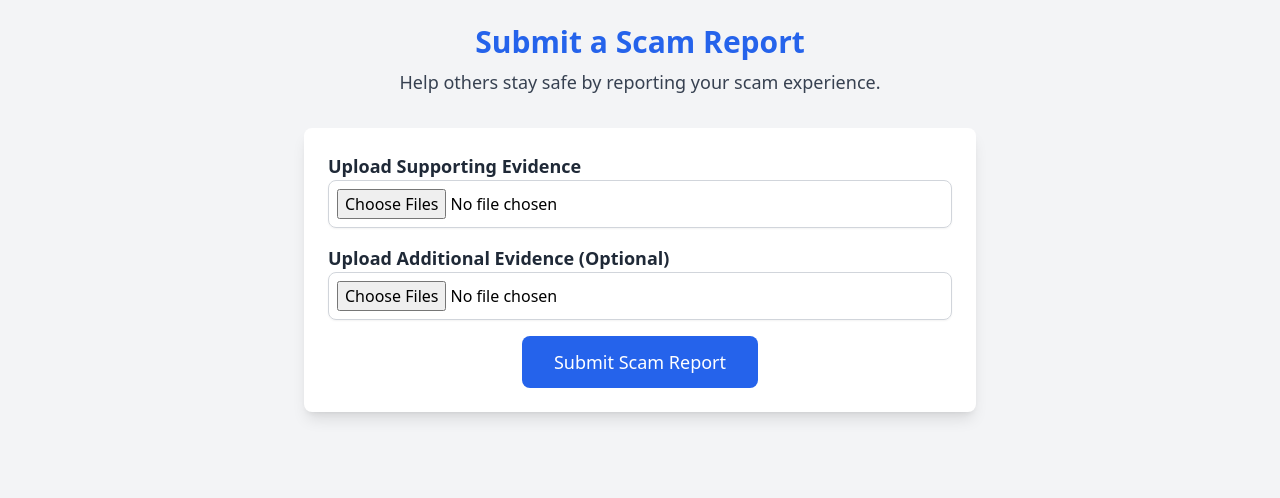
Repository: dev-athar/protarok
Page: /submit-scam
An editor plug-in stored every save of this project. The page is shown before and after the next save, followed by the edit.
The browser window is 1280 px wide. The pictures show the whole page.
The project was rebuilt for these pictures with package versions that can differ from the ones it lists, and the page was loaded fresh each time. Also part of the build but not shown: vite.config.ts, src/pages/HomePage.tsx, src/pages/SearchResultsPage.tsx.

Above is the page before, as saved 2024-12-31 14:21:51.

### src/main.tsx
import { StrictMode } from "react";
import { createRoot } from "react-dom/client";
import "./index.css";
// import "./styles.css";
import App from "./App.tsx";

createRoot(document.getElementById("root")!).render(
  <StrictMode>
    <App />
  </StrictMode>
);

### src/App.tsx
// src/App.js
import { BrowserRouter as Router, Routes, Route } from "react-router-dom";
import HomePage from "./pages/HomePage";
import SearchResultsPage from "./pages/SearchResultsPage";
import SubmitScamPage from "./pages/SubmitScamPage";

function App() {
  return (
    <Router>
      <Routes>
        <Route path="/" element={<HomePage />} />
        <Route path="/search" element={<SearchResultsPage />} />
        <Route path="/submit-scam" element={<SubmitScamPage />} />
      </Routes>
    </Router>
  );
}

export default App;

### src/pages/SubmitScamPage.tsx
// import { useState } from "react";
// // Import the Supabase client
// import { supabase } from "../supabase"; // Ensure you have a supabase.js file exporting the initialized client

// const SubmitScamPage = () => {
//   const [formData, setFormData] = useState({
//     scamProfileName: "",
//     platform: "",
//     scamContactInfo: "",
//     dateOfScam: "",
//     description: "",
//     proof: [],
//     paymentMethod: "",
//     additionalEvidence: [],
//     victimContactInfo: "",
//     bankDetails: "",
//     paymentPlatform: "",
//     scamProfileUrl: "",
//     reportStatus: "",
//   });

//   const [isSubmitted, setIsSubmitted] = useState(false);

//   const handleChange = (e) => {
//     const { name, value } = e.target;
//     setFormData((prev) => ({
//       ...prev,
//       [name]: value,
//     }));
//   };

//   const handleFileChange = (e) => {
//     const { name, files } = e.target;
//     setFormData((prev) => ({
//       ...prev,
//       [name]: files[0],
//     }));
//   };

//   // Upload file to Supabase Storage
//   const uploadFileToSupabase = async (file, folder) => {
//     if (!file) {
//       // console.error("No file provided for upload.");
//       return null;
//     }

//     const filePath = `${folder}/${Date.now()}-${file.name}`;
//     // console.log(`Uploading file: ${filePath}`); // Log file path for debugging

//     // Upload file to Supabase Storage
//     const { data, error } = await supabase.storage
//       .from("uploads") // Ensure the bucket name matches
//       .upload(filePath, file);

//     if (error) {
//       console.error("File upload error:", error.message);
//       return null;
//     }
//     // console.log("Upload response:", data);

//     // Generate the public URL
//     const { data: publicData, error: publicError } = supabase.storage
//       .from("uploads")
//       .getPublicUrl(filePath);

//     if (publicError) {
//       console.error("Error generating public URL:", publicError.message);
//       return null;
//     }

//     // console.log(`Public URL generated: ${publicData.publicUrl}`);
//     return publicData.publicUrl;
//   };

//   const handleSubmit = async (e) => {
//     e.preventDefault();

//     try {
//       // Ensure URL has a proper scheme
//       const normalizedUrl = formData.scamProfileUrl.trim()
//         ? formData.scamProfileUrl.trim().startsWith("http")
//           ? formData.scamProfileUrl.trim()
//           : `https://${formData.scamProfileUrl.trim()}`
//         : "";

//       // Proceed with the updated URL in the form data
//       const formDataWithUrl = {
//         ...formData,
//         scamProfileUrl: normalizedUrl,
//       };

//       // Upload files to Supabase Storage
//       const proofUrl = await uploadFileToSupabase(formData.proof, "proofs");
//       const additionalEvidenceUrl = await uploadFileToSupabase(
//         formData.additionalEvidence,
//         "additionalEvidence"
//       );

//       // Insert data into Supabase database
//       const { error } = await supabase.from("scamReports").insert([
//         {
//           ...formDataWithUrl,
//           proof: proofUrl || null,
//           additionalEvidence: additionalEvidenceUrl || null,
//           submittedAt: new Date(), // Add timestamp
//         },
//       ]);

//       if (error) {
//         throw new Error(error.message);
//       }

//       // Reset form and show confirmation message
//       setFormData({
//         scamProfileName: "",
//         platform: "",
//         scamContactInfo: "",
//         dateOfScam: "",
//         description: "",
//         proof: null,
//         paymentMethod: "",
//         additionalEvidence: null,
//         victimContactInfo: "",
//         bankDetails: "",
//         paymentPlatform: "",
//         scamProfileUrl: "",
//         reportStatus: "",
//       });
//       setIsSubmitted(true);

//       // Hide confirmation message after a timeout
//       setTimeout(() => setIsSubmitted(false), 5000);
//     } catch (error) {
//       console.error("Error submitting form:", error);
//       alert(
//         "An error occurred while submitting your report. Please try again."
//       );
//     }
//   };

//   return (
//     <div className="min-h-screen bg-gray-100 p-6">
//       <header className="text-center mb-8">
//         <h1 className="text-3xl font-bold text-blue-600">
//           Submit a Scam Report
//         </h1>
//         <p className="text-lg text-gray-700 mt-2">
//           Help others stay safe by reporting your scam experience.
//         </p>
//       </header>

//       <div className="max-w-2xl mx-auto bg-white p-6 rounded-lg shadow-lg">
//         {isSubmitted && (
//           <div className="mb-4 p-4 text-green-700 bg-green-100 rounded-lg">
//             Thank you! Your report has been submitted and is pending admin
//             approval.
//           </div>
//         )}

//         <form onSubmit={handleSubmit}>
//           {/* Scam Profile Name */}
//           <div className="mb-4">
//             <label
//               htmlFor="scamProfileName"
//               className="block text-lg font-semibold text-gray-800"
//             >
//               Scammer’s Profile Name or Business Name
//             </label>
//             <input
//               type="text"
//               id="scamProfileName"
//               name="scamProfileName"
//               value={formData.scamProfileName}
//               onChange={handleChange}
//               className="w-full p-3 border border-gray-300 rounded-lg shadow-sm focus:outline-none focus:ring-2 focus:ring-blue-500"
//               placeholder="Enter profile or business name"
//               required
//             />
//           </div>

//           {/* Platform Used */}
//           <div className="mb-4">
//             <label
//               htmlFor="platform"
//               className="block text-lg font-semibold text-gray-800"
//             >
//               Platform Used
//             </label>
//             <select
//               id="platform"
//               name="platform"
//               value={formData.platform}
//               onChange={handleChange}
//               className="w-full p-3 border border-gray-300 rounded-lg shadow-sm focus:outline-none focus:ring-2 focus:ring-blue-500"
//               required
//             >
//               <option value="">Select Platform</option>
//               <option value="Facebook">Facebook</option>
//               <option value="Website">Website</option>
//               <option value="Phone">Phone</option>
//               <option value="Other">Other</option>
//             </select>
//           </div>

//           {/* Scammer’s Bank Details */}
//           <div className="mb-4">
//             <label
//               htmlFor="bankDetails"
//               className="block text-lg font-semibold text-gray-800"
//             >
//               Scammer’s Bank Details
//             </label>
//             <input
//               type="text"
//               id="bankDetails"
//               name="bankDetails"
//               value={formData.bankDetails}
//               onChange={handleChange}
//               className="w-full p-3 border border-gray-300 rounded-lg shadow-sm focus:outline-none focus:ring-2 focus:ring-blue-500"
//               placeholder="e.g., bKash/Nagad account or bank details"
//               required
//             />
//           </div>

//           {/* Payment Platform */}
//           <div className="mb-4">
//             <label
//               htmlFor="paymentPlatform"
//               className="block text-lg font-semibold text-gray-800"
//             >
//               Payment Platform Used
//             </label>
//             <input
//               type="text"
//               id="paymentPlatform"
//               name="paymentPlatform"
//               value={formData.paymentPlatform}
//               onChange={handleChange}
//               className="w-full p-3 border border-gray-300 rounded-lg shadow-sm focus:outline-none focus:ring-2 focus:ring-blue-500"
//               placeholder="e.g., bKash, Nagad, etc."
//             />
//           </div>

//           {/* Date and Time of Scam */}
//           <div className="mb-4">
//             <label
//               htmlFor="dateOfScam"
//               className="block text-lg font-semibold text-gray-800"
//             >
//               Date and Time of Scam
//             </label>
//             <input
//               type="datetime-local"
//               id="dateOfScam"
//               name="dateOfScam"
//               value={formData.dateOfScam}
//               onChange={handleChange}
//               className="w-full p-3 border border-gray-300 rounded-lg shadow-sm focus:outline-none focus:ring-2 focus:ring-blue-500"
//               required
//             />
//           </div>

//           {/* Description */}
//           <div className="mb-4">
//             <label
//               htmlFor="description"
//               className="block text-lg font-semibold text-gray-800"
//             >
//               Summary of the Incident
//             </label>
//             <textarea
//               id="description"
//               name="description"
//               value={formData.description}
//               onChange={handleChange}
//               className="w-full p-3 border border-gray-300 rounded-lg shadow-sm focus:outline-none focus:ring-2 focus:ring-blue-500"
//               rows="5"
//               placeholder="Describe the scam in detail"
//               required
//             ></textarea>
//           </div>

//           {/* Supporting Evidence */}
//           <div className="mb-4">
//             <label
//               htmlFor="proof"
//               className="block text-lg font-semibold text-gray-800"
//             >
//               Upload Supporting Evidence
//             </label>
//             <input
//               type="file"
//               id="proof"
//               name="proof"
//               accept="image/*,.pdf"
//               onChange={handleFileChange}
//               className="w-full p-2 border border-gray-300 rounded-lg shadow-sm focus:outline-none focus:ring-2 focus:ring-blue-500"
//               required
//             />
//           </div>

//           {/* Additional Evidence */}
//           <div className="mb-4">
//             <label
//               htmlFor="additionalEvidence"
//               className="block text-lg font-semibold text-gray-800"
//             >
//               Upload Additional Evidence (Optional)
//             </label>
//             <input
//               type="file"
//               id="additionalEvidence"
//               name="additionalEvidence"
//               accept="image/*,.pdf"
//               onChange={handleFileChange}
//               className="w-full p-2 border border-gray-300 rounded-lg shadow-sm focus:outline-none focus:ring-2 focus:ring-blue-500"
//             />
//           </div>

//           {/* Victim Contact Info */}
//           <div className="mb-4">
//             <label
//               htmlFor="victimContactInfo"
//               className="block text-lg font-semibold text-gray-800"
//             >
//               Your Contact Info (Optional)
//             </label>
//             <input
//               type="text"
//               id="victimContactInfo"
//               name="victimContactInfo"
//               value={formData.victimContactInfo}
//               onChange={handleChange}
//               className="w-full p-3 border border-gray-300 rounded-lg shadow-sm focus:outline-none focus:ring-2 focus:ring-blue-500"
//               placeholder="Email or phone (optional)"
//             />
//           </div>

//           {/* Scammer Profile URL */}
//           <div className="mb-4">
//             <label
//               htmlFor="scamProfileUrl"
//               className="block text-lg font-semibold text-gray-800"
//             >
//               Scammer’s Profile URL (Optional)
//             </label>
//             <input
//               type="text"
//               id="scamProfileUrl"
//               name="scamProfileUrl"
//               value={formData.scamProfileUrl}
//               onChange={handleChange}
//               className="w-full p-3 border border-gray-300 rounded-lg shadow-sm focus:outline-none focus:ring-2 focus:ring-blue-500"
//               placeholder="Enter scammer's profile URL (Optional)"
//             />
//           </div>

//           {/* Report Status */}
//           <div className="mb-4">
//             <label
//               htmlFor="reportStatus"
//               className="block text-lg font-semibold text-gray-800"
//             >
//               Report Status (Optional)
//             </label>
//             <input
//               type="text"
//               id="reportStatus"
//               name="reportStatus"
//               value={formData.reportStatus}
//               onChange={handleChange}
//               className="w-full p-3 border border-gray-300 rounded-lg shadow-sm focus:outline-none focus:ring-2 focus:ring-blue-500"
//               placeholder="Status of report, like Information about complaints made to authorities"
//             />
//           </div>

//           {/* Submit Button */}
//           <div className="text-center">
//             <button
//               type="submit"
//               className="bg-blue-600 text-white py-3 px-8 rounded-lg text-lg hover:bg-blue-700 transition duration-300"
//             >
//               Submit Scam Report
//             </button>
//           </div>
//         </form>
//       </div>
//     </div>
//   );
// };

// export default SubmitScamPage;

import { useState } from "react";
import { supabase } from "../supabase"; // Ensure you have a supabase.js file exporting the initialized client

const SubmitScamPage = () => {
  const [formData, setFormData] = useState({
    scamProfileName: "",
    platform: "",
    scamContactInfo: "",
    dateOfScam: "",
    description: "",
    proof: [],
    paymentMethod: "",
    additionalEvidence: [],
    victimContactInfo: "",
    bankDetails: "",
    paymentPlatform: "",
    scamProfileUrl: "",
    reportStatus: "",
  });

  const [isSubmitted, setIsSubmitted] = useState(false);

  const handleChange = (e) => {
    const { name, value } = e.target;
    setFormData((prev) => ({
      ...prev,
      [name]: value,
    }));
  };

  const handleFileChange = (e) => {
    const { name, files } = e.target;
    setFormData((prev) => ({
      ...prev,
      [name]: Array.from(files),
    }));
  };

  // Upload multiple files to Supabase Storage
  const uploadFilesToSupabase = async (files, folder) => {
    if (!files || files.length === 0) {
      return [];
    }

    const uploadPromises = files.map(async (file) => {
      const filePath = `${folder}/${Date.now()}-${file.name}`;
      const { data, error } = await supabase.storage
        .from("uploads") // Ensure the bucket name matches
        .upload(filePath, file);

      if (error) {
        console.error("File upload error:", error.message);
        return null;
      }

      const { data: publicData, error: publicError } = supabase.storage
        .from("uploads")
        .getPublicUrl(filePath);

      if (publicError) {
        console.error("Error generating public URL:", publicError.message);
        return null;
      }

      return publicData.publicUrl;
    });

    return Promise.all(uploadPromises);
  };

  const handleSubmit = async (e) => {
    e.preventDefault();

    try {
      const normalizedUrl = formData.scamProfileUrl.trim()
        ? formData.scamProfileUrl.trim().startsWith("http")
          ? formData.scamProfileUrl.trim()
          : `https://${formData.scamProfileUrl.trim()}`
        : "";

      const formDataWithUrl = {
        ...formData,
        scamProfileUrl: normalizedUrl,
      };

      // Upload files to Supabase Storage
      const proofUrls = await uploadFilesToSupabase(formData.proof, "proofs");
      const additionalEvidenceUrls = await uploadFilesToSupabase(
        formData.additionalEvidence,
        "additionalEvidence"
      );

      // Insert data into Supabase database
      const { error } = await supabase.from("scamReports").insert([
        {
          ...formDataWithUrl,
          proof: proofUrls.length > 0 ? proofUrls : null,
          additionalEvidence:
            additionalEvidenceUrls.length > 0 ? additionalEvidenceUrls : null,
          submittedAt: new Date(),
        },
      ]);

      if (error) {
        throw new Error(error.message);
      }

      setFormData({
        scamProfileName: "",
        platform: "",
        scamContactInfo: "",
        dateOfScam: "",
        description: "",
        proof: [],
        paymentMethod: "",
        additionalEvidence: [],
        victimContactInfo: "",
        bankDetails: "",
        paymentPlatform: "",
        scamProfileUrl: "",
        reportStatus: "",
      });
      setIsSubmitted(true);
      setTimeout(() => setIsSubmitted(false), 5000);
    } catch (error) {
      console.error("Error submitting form:", error);
      alert(
        "An error occurred while submitting your report. Please try again."
      );
    }
  };

  return (
    <div className="min-h-screen bg-gray-100 p-6">
      <header className="text-center mb-8">
        <h1 className="text-3xl font-bold text-blue-600">
          Submit a Scam Report
        </h1>
        <p className="text-lg text-gray-700 mt-2">
          Help others stay safe by reporting your scam experience.
        </p>
      </header>

      <div className="max-w-2xl mx-auto bg-white p-6 rounded-lg shadow-lg">
        {isSubmitted && (
          <div className="mb-4 p-4 text-green-700 bg-green-100 rounded-lg">
            Thank you! Your report has been submitted and is pending admin
            approval.
          </div>
        )}

        <form onSubmit={handleSubmit}>
          {/* Other form fields */}

          {/* Supporting Evidence */}
          <div className="mb-4">
            <label
              htmlFor="proof"
              className="block text-lg font-semibold text-gray-800"
            >
              Upload Supporting Evidence
            </label>
            <input
              type="file"
              id="proof"
              name="proof"
              accept="image/*,.pdf"
              multiple
              onChange={handleFileChange}
              className="w-full p-2 border border-gray-300 rounded-lg shadow-sm focus:outline-none focus:ring-2 focus:ring-blue-500"
              required
            />
          </div>

          {/* Additional Evidence */}
          <div className="mb-4">
            <label
              htmlFor="additionalEvidence"
              className="block text-lg font-semibold text-gray-800"
            >
              Upload Additional Evidence (Optional)
            </label>
            <input
              type="file"
              id="additionalEvidence"
              name="additionalEvidence"
              accept="image/*,.pdf"
              multiple
              onChange={handleFileChange}
              className="w-full p-2 border border-gray-300 rounded-lg shadow-sm focus:outline-none focus:ring-2 focus:ring-blue-500"
            />
          </div>

          <div className="text-center">
            <button
              type="submit"
              className="bg-blue-600 text-white py-3 px-8 rounded-lg text-lg hover:bg-blue-700 transition duration-300"
            >
              Submit Scam Report
            </button>
          </div>
        </form>
      </div>
    </div>
  );
};

export default SubmitScamPage;

### src/supabase.js
// src/supabase.js
import { createClient } from "@supabase/supabase-js";

// Replace with your Supabase project details
const SUPABASE_URL = "https://sifneaujnvssmmholqep.supabase.co";
const SUPABASE_ANON_KEY =
  "eyJhbGciOiJIUzI1NiIsInR5cCI6IkpXVCJ9.eyJpc3MiOiJzdXBhYmFzZSIsInJlZiI6InNpZm5lYXVqbnZzc21taG9scWVwIiwicm9sZSI6ImFub24iLCJpYXQiOjE3MzU1Nzg3OTYsImV4cCI6MjA1MTE1NDc5Nn0.zF7HMOg0-BrktsjLbYnVq5kqcp5-WHRwPWzEX9ggRew";

export const supabase = createClient(SUPABASE_URL, SUPABASE_ANON_KEY);

### tailwind.config.js
/** @type {import('tailwindcss').Config} */
// export default {
module.exports = {
  content: ["./index.html", "./src/**/*.{js,ts,jsx,tsx}"],
  theme: {
    extend: {},
  },
  plugins: [],
};

Loaded but not shown: index.html (common file); src/index.css (common file)

After the next save:
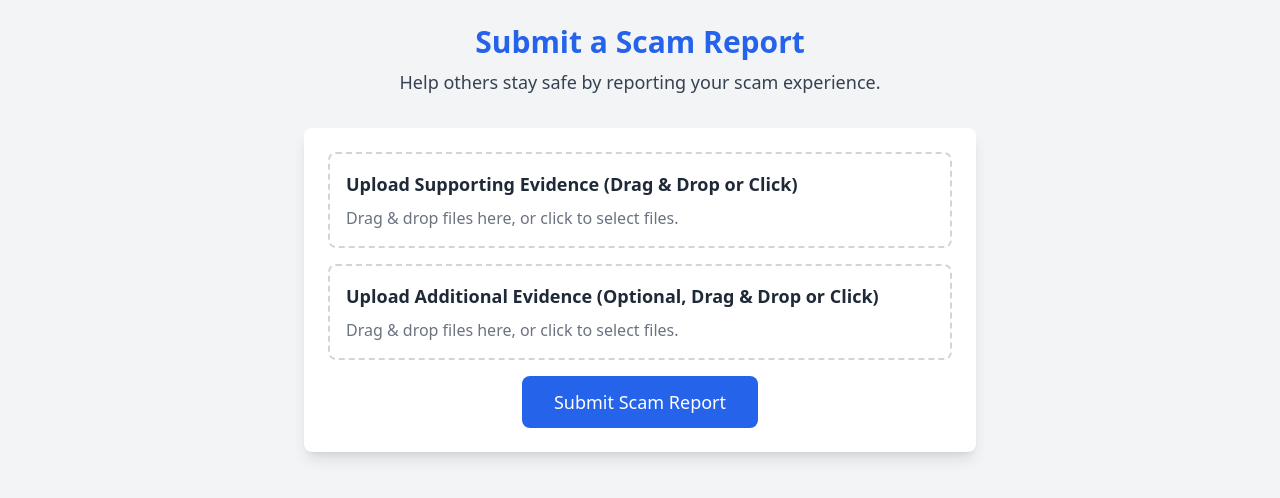
Saved 9 s later.
--- a/src/pages/SubmitScamPage.tsx
+++ b/src/pages/SubmitScamPage.tsx
@@ -427,6 +427,19 @@ const SubmitScamPage = () => {
       ...prev,
       [name]: Array.from(files),
     }));
+  };
+
+  const handleDrop = (e, name) => {
+    e.preventDefault();
+    const files = Array.from(e.dataTransfer.files);
+    setFormData((prev) => ({
+      ...prev,
+      [name]: files,
+    }));
+  };
+
+  const handleDragOver = (e) => {
+    e.preventDefault();
   };
 
   // Upload multiple files to Supabase Storage
@@ -546,12 +559,16 @@ const SubmitScamPage = () => {
           {/* Other form fields */}
 
           {/* Supporting Evidence */}
-          <div className="mb-4">
+          <div
+            className="mb-4 border-dashed border-2 border-gray-300 p-4 rounded-lg"
+            onDrop={(e) => handleDrop(e, "proof")}
+            onDragOver={handleDragOver}
+          >
             <label
               htmlFor="proof"
               className="block text-lg font-semibold text-gray-800"
             >
-              Upload Supporting Evidence
+              Upload Supporting Evidence (Drag & Drop or Click)
             </label>
             <input
               type="file"
@@ -560,18 +577,24 @@ const SubmitScamPage = () => {
               accept="image/*,.pdf"
               multiple
               onChange={handleFileChange}
-              className="w-full p-2 border border-gray-300 rounded-lg shadow-sm focus:outline-none focus:ring-2 focus:ring-blue-500"
-              required
+              className="hidden"
             />
+            <p className="text-gray-500 mt-2">
+              Drag & drop files here, or click to select files.
+            </p>
           </div>
 
           {/* Additional Evidence */}
-          <div className="mb-4">
+          <div
+            className="mb-4 border-dashed border-2 border-gray-300 p-4 rounded-lg"
+            onDrop={(e) => handleDrop(e, "additionalEvidence")}
+            onDragOver={handleDragOver}
+          >
             <label
               htmlFor="additionalEvidence"
               className="block text-lg font-semibold text-gray-800"
             >
-              Upload Additional Evidence (Optional)
+              Upload Additional Evidence (Optional, Drag & Drop or Click)
             </label>
             <input
               type="file"
@@ -580,8 +603,11 @@ const SubmitScamPage = () => {
               accept="image/*,.pdf"
               multiple
               onChange={handleFileChange}
-              className="w-full p-2 border border-gray-300 rounded-lg shadow-sm focus:outline-none focus:ring-2 focus:ring-blue-500"
+              className="hidden"
             />
+            <p className="text-gray-500 mt-2">
+              Drag & drop files here, or click to select files.
+            </p>
           </div>
 
           <div className="text-center">
